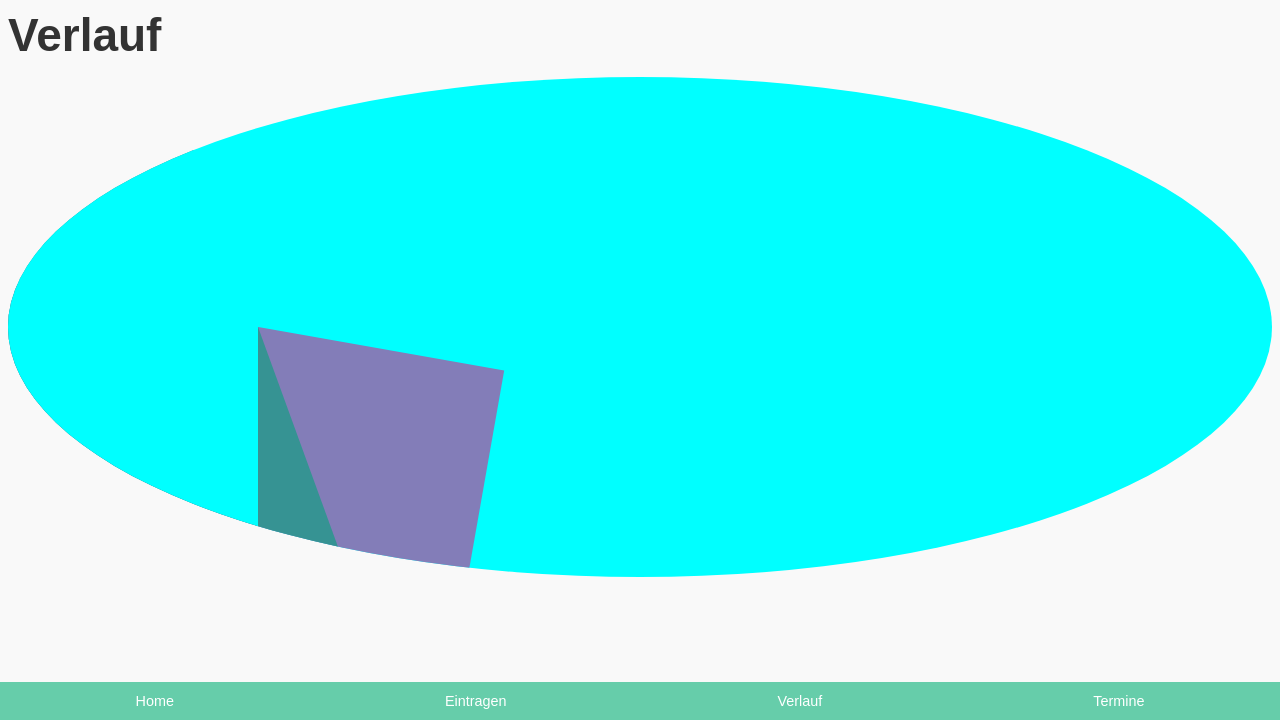
Repository: jakemoes/Pet-Tracker
Page: PWA/trend.html
These files come from the project's save history. The page is drawn as it stood at one moment and after a run of saves; the edit follows.
The browser window is 1280 px wide. The pictures show the whole page.

Above is the page before, as saved 2024-12-05 01:28:04.

### PWA/trend.html
<!DOCTYPE html>
<html>
    <head>
        <meta charset="UTF-8">
        <meta name="viewport" content="width=device-width, initial-scale=1.0">
        <title>Verlauf</title>
        <link rel="stylesheet" href="trend.css">
    </head>

    </head>

    <body>
        <h1>Verlauf</h1>

        <div class="container">
            <div class="layer"></div>
            <div class="layer"></div>
            <div class="layer"></div>
            <div class="layer"></div>
        </div>


        <footer>
            <nav>
                <ul class="nav-bar">
                    <li><a href="welcome.html">Home</a></li>
                    <li><a href="#">Eintragen</a></li>
                    <li><a href="trend.html">Verlauf</a></li>
                    <li><a href="appointment.html">Termine</a></li>
                </ul>
            </nav>
        </footer>
    </body>




</html>

### PWA/trend.css

body {
    font-family: Arial, sans-serif;
    padding: 0;
    background-color: #f9f9f9;
    overflow: hidden;
}



.container {
    margin-top: 15px;
    display: flex; /* Enable flexbox */
    flex-direction: column; /* Arrange items vertically */
    justify-content: flex-start; /* Start items from the top */
    padding: 15px; /* Padding inside the container */
    width: 100%;
    box-sizing: border-box;
}

.container {
    position: relative;
    width: 100%;
    height: 500px;
    background-color: transparent;
    border-radius: 50%;
    overflow: hidden;
    padding: 15px;

}


h1 {
    position: relative;
    font-size: 46px;
    text-align: left;
    margin: 0; /* Abstand entfernen */
    color: #333;
}

.layer {
    position: absolute;
    width: 100%;
    height: 100%;
    transform-origin: 0px 250px;
    left: 0;
    top: 0;
    overflow: hidden;
}

.layer::before {
    content: "";
    width: 100%;
    height: 100%;
    position: absolute;
    background-color: transparent;
    transform-origin: 0px 250px;
    top: 0;
    left: 0;
}
 .layer:nth-child(1) {
    background-color: aqua;
    transform: translateX(250px) rotate(0deg);
 }

 .layer:nth-child(1)::before {
    transform: rotate(100deg);
 }

 .layer:nth-child(2) {
    background-color: rgb(131, 125, 184);
    transform: translateX(250px) rotate(100deg);
 }

 .layer:nth-child(2)::before {
    transform: rotate(160deg);
 }

 .layer:nth-child(3) {
    background-color: rgb(54, 147, 147);
    transform: translateX(250px) rotate(160deg);
 }

 .layer:nth-child(3)::before {
    transform: rotate(180deg);
 }

 .layer:nth-child(4) {
    background-color: aqua;
    transform: translateX(250px) rotate(180deg);
 }

 .layer:nth-child(4)::before {
    transform: rotate(20deg);
 }

 footer {
    position: fixed;
    bottom: 0;
    width: 100%;
    background-color: #66cdaa;
    padding: 10px 0;
    box-shadow: 0 -1px 5px rgba(0, 0, 0, 0.1);
}


.nav-bar {
    position: fixed;
    bottom: 0;
    left: 0;
    width: 100%; /* Volle Breite des Bildschirms */
    background-color: #66cdaa; /* Sicherstellen, dass die Farbe gesetzt ist */
    display: flex;
    justify-content: space-around;
    list-style: none;
    margin: 0; /* Kein Außenabstand */
    padding: 10px 0; /* Innenabstand */
    z-index: 10;
}

.nav-bar li {
    text-align: center;
}

.nav-bar a {
    text-decoration: none;
    color: white;
    font-size: 0.9em;
}

.nav-bar a:hover {
    text-decoration: underline;
}

After the next 2 saves:
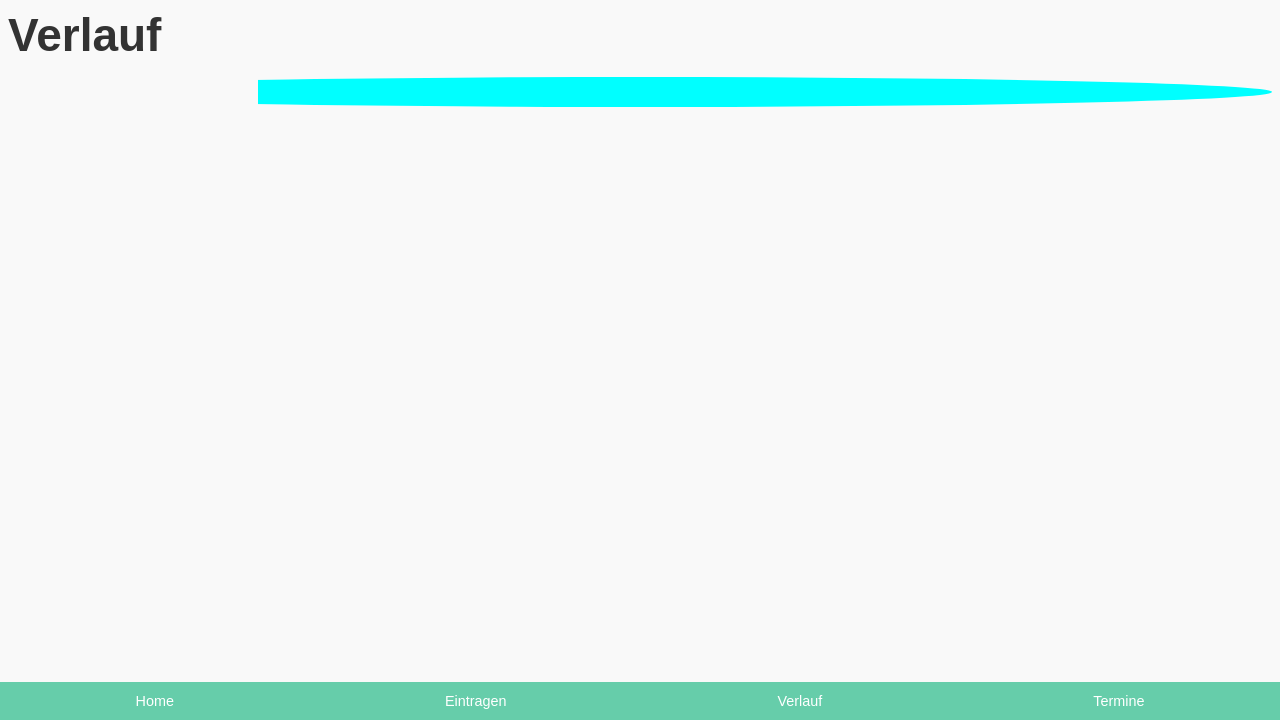
The 2 saves are shown as one change because they came seconds apart.
The last was saved 7 s later.
--- a/PWA/trend.css
+++ b/PWA/trend.css
@@ -20,8 +20,8 @@ body {
 
 .container {
     position: relative;
+
     width: 100%;
-    height: 500px;
     background-color: transparent;
     border-radius: 50%;
     overflow: hidden;
